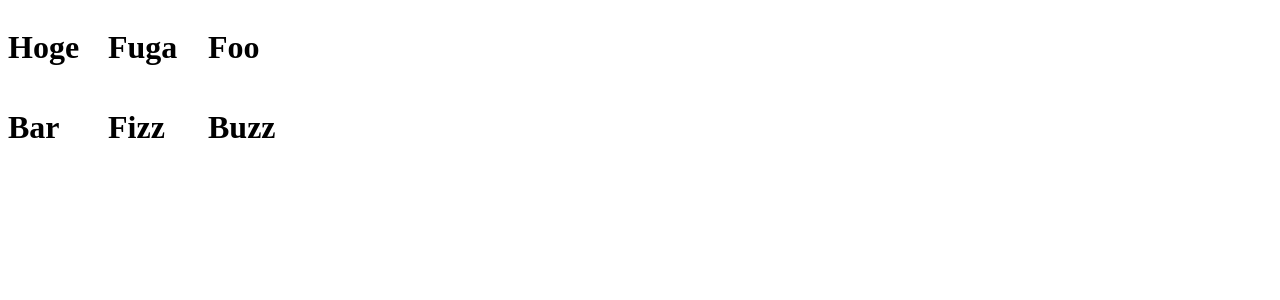
Repository: mizuki-shimobayashi/samurai_HTML_CSS
Page: home.html
The author's editor kept a record of every edit. The page is drawn from the files as they stood at one moment, then again after the next edit.
The browser window is 1280 px wide. The pictures show the whole page.

Above is the page before.

After the next edit:
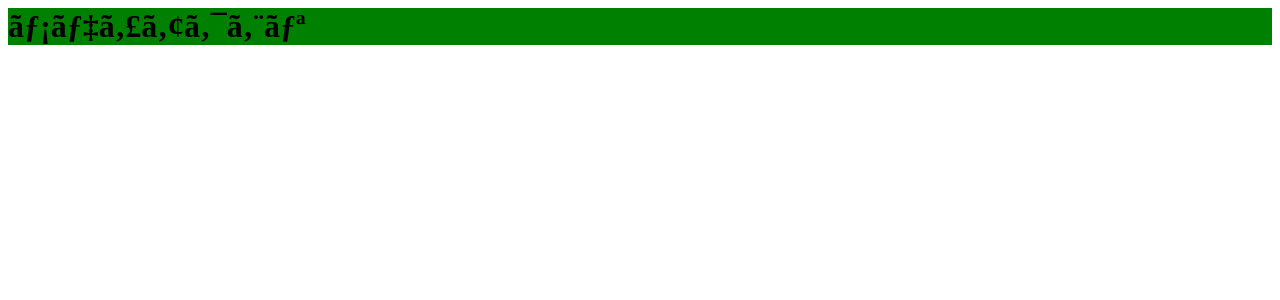
The edit:
--- a/home.html
+++ b/home.html
@@ -1,20 +1,28 @@
 <html lang="ja">
     <head>
+        <meta http-equicy="Content-Type" content="text/html; charset=utf-8"/>
+        <meta name="viewport" content="width=device-width, initial-scale=1">
         <style>
-            #grid {
-                display: grid;
-                grid-template-columns: 100px 100px 100px;
+            .media {
+                background-color: blue;
+            }
+
+            @media screen and (min-width:480px) {
+                .media {
+                    background-color: red;
+                }
+            }
+
+            @media screen and (min-width:640px) {
+                .media {
+                    background-color: green;
+                }
             }
         </style>
     </head>
-<body>
-    <diy id="grid">
-        <h1>Hoge</h1>
-        <h1>Fuga</h1>
-        <h1>Foo</h1>
-        <h1>Bar</h1>
-        <h1>Fizz</h1>
-        <h1>Buzz</h1>
-    </diy>
-</body>
+    <body>
+        <div class="media">
+            <h1>メディアクエリ</h1>
+        </div>
+    </body>
 </html>
